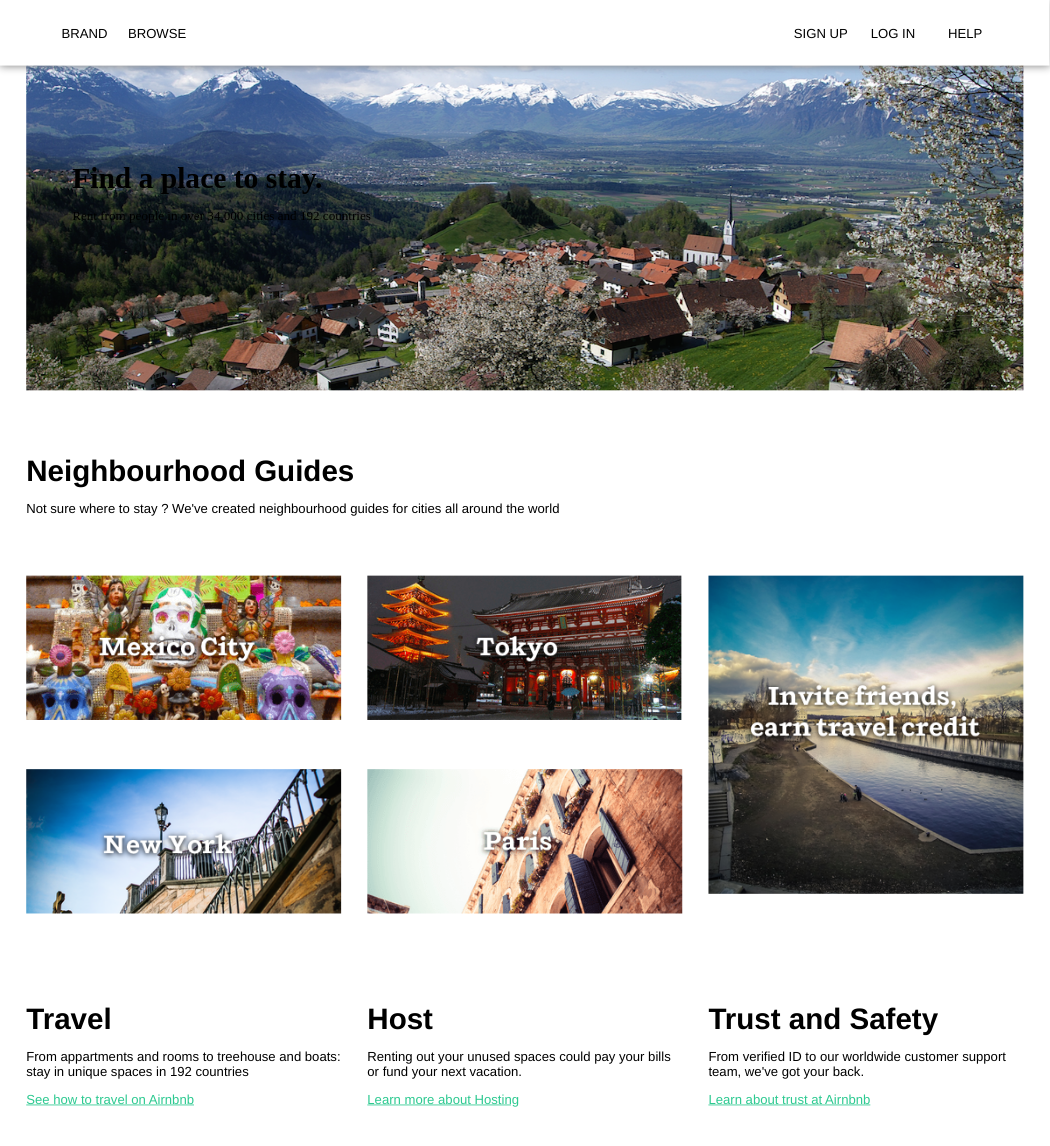
Repository: Naohonproject/web101x02-asm3
Page: Project3.html
The author's editor kept a copy of each file at every save. The page is drawn from the files as they stood at one save, then again after the next save.
The browser window is 1280 px wide. The pictures show the whole page, at 82% of full size.

Above is the page before, as saved 2022-01-22 16:01:18.

### Project3.html
<!-- @format -->

<!DOCTYPE html>
<html lang="en">
	<head>
		<meta charset="UTF-8" />
		<meta http-equiv="X-UA-Compatible" content="IE=edge" />
		<meta name="viewport" content="width=device-width, initial-scale=1.0" />
		<link rel="stylesheet" href="./assets/css/style.css" />

		<link rel="stylesheet" href="./assets/css/layout.css" />
		<link rel="stylesheet" href="./assets/css/responsive.css" />
		<title>Home</title>
	</head>
	<body id="web-container">
		<header id="header">
			<div class="header-wrapper">
				<div class="nav-bar">
					<div class="left-col">
						<div class="nav-item ml">
							<a href="#">Brand</a>
						</div>

						<div class="nav-item ml">
							<a href="#">Browse</a>
						</div>
					</div>

					<div class="right-col">
						<div class="nav-item ml">
							<a href="Signup.html" target="_blank">Sign Up</a>
						</div>

						<div class="nav-item ml">
							<a href="login.html" target="_blank">Log In</a>
						</div>

						<div class="nav-item ml mr">
							<a href="#" target="_blank">Help</a>
						</div>
					</div>
				</div>
			</div>
		</header>

		<div id="main" class="p-32">
			<div id="banner">
				<div class="banner-wrapper">
					<div class="content-heading">
						<h1 class="bold-text">Find a place to stay.</h1>
					</div>
					<div class="content-desc">
						<p>Rent from people in over 34,000 cities and 192 countries</p>
					</div>
				</div>
			</div>

			<div id="section">
				<div class="section-wrapper">
					<div class="section-heading">
						<h2 class="bold-text">Neighbourhood Guides</h2>
					</div>
					<div class="section-desc">
						<p>
							Not sure where to stay ? We've created neighbourhood guides for
							cities all around the world
						</p>
					</div>
				</div>
			</div>

			<div id="img-list">
				<div class="img-list-wrapper row">
					<div class="image-block col-tablet-6 col-desktop-4">
						<img
							class="first-img"
							src="./assets/img/web101x-Mexico City.png"
							alt="Mexico City"
							width="360"
						/>
						<img
							src="./assets/img/web101x-New York.png"
							alt="New York City"
							width="360"
						/>
					</div>
					<div class="image-block col-tablet-6 col-desktop-4">
						<img
							class="first-img"
							src="./assets/img/web101x-Tokyo.png"
							alt="Tokyo City"
							width="360"
						/>
						<img
							src="./assets/img/web101x-Paris.png"
							alt="Paris City"
							width="360"
						/>
					</div>
					<div class="image-block col-tablet-6 col-desktop-4">
						<img
							src="./assets/img/web101x-Invitation.png"
							alt="Invitation image"
							width="360"
						/>
					</div>
				</div>
				<div class="clear"></div>
			</div>
		</div>

		<footer id="footer" class="p-32">
			<div class="footer-wrapper row">
				<div class="footer-block col-desktop-4">
					<h3 class="bold-text">Travel</h3>
					<p>
						From appartments and rooms to treehouse and boats: stay in unique
						spaces in 192 countries
					</p>
					<a href="#">See how to travel on Airnbnb</a>
				</div>

				<div class="footer-block col-desktop-4">
					<h3 class="bold-text">Host</h3>
					<p>
						Renting out your unused spaces could pay your bills or fund your
						next vacation.
					</p>
					<a href="#">Learn more about Hosting</a>
				</div>

				<div class="footer-block col-desktop-4">
					<h3 class="bold-text">Trust and Safety</h3>
					<p>
						From verified ID to our worldwide customer support team, we've got
						your back.
					</p>
					<a href="#">Learn about trust at Airnbnb</a>
				</div>
				<div class="clear"></div>
			</div>
		</footer>
	</body>
</html>

### assets/css/style.css
/**
 * /* ======reset css======
 *
 * @format
 */

*,
::before,
::after {
	padding: 0;
	margin: 0;
	box-sizing: border-box;
	list-style-type: none;
	text-decoration: none;
	color: #000;
}

html {
	font-family: "Helvetica Neue", Helvetica, Arial;
}

.header-wrapper {
	font-size: 16px;
}

.nav-bar a {
	color: #fff;
	text-transform: uppercase;
}

### assets/css/layout.css
/** @format */

.ml {
	margin-left: 10px;
}

.mr {
	margin-right: 10px;
}

.row {
	display: flex;
	flex-direction: row;
	flex-wrap: wrap;
}

.bold-text {
	font-size: 36px;
	font-weight: bold;
}

.row > * {
	width: 100%;
	max-width: 100%;
	flex-shrink: 0;
}

.col-1 {
	width: 8.33%;
}
.col-2 {
	width: 16.66%;
}
.col-3 {
	width: 25%;
}
.col-4 {
	width: 33.33%;
}
.col-5 {
	width: 41.66%;
}
.col-6 {
	width: 50%;
}
.col-7 {
	width: 58.33%;
}
.col-8 {
	width: 66.66%;
}
.col-9 {
	width: 75%;
}
.col-10 {
	width: 83.33%;
}
.col-11 {
	width: 91.66%;
}
.col-12 {
	width: 100%;
}

#header {
	width: 100%;
	height: 80px;
	background-color: #60646d;
	background-clip: border-box;
	position: fixed;
	left: 0;
	top: 0;
	z-index: 1;
}

.nav-bar {
	display: flex;
	flex-direction: row;
	flex-wrap: no-wrap;
	align-items: center;
	justify-content: space-evenly;
	padding: 0 20px;
}

.nav-item {
	width: 70px;
	height: 80px;
	padding: 32px 0;
	text-align: center;
}

.left-col {
	display: flex;
	flex: 2;
	flex-direction: row;
	justify-content: space-around;
	align-items: center;
}

.right-col {
	display: flex;
	flex: 3;
	flex-direction: row;
	justify-content: space-around;
	align-items: center;
}

#main {
	margin-top: 80px;
}

#main,
#footer {
	padding: 32px;
}

#banner {
	width: 100%;
	background-color: #fff;
	color: #000;
	position: relative;
	top: 0;
	left: 0;
}

div[class*="-heading"] {
	padding-top: 36px;
}

div[class*="-desc"] {
	margin-top: 16px;
}

#section {
	margin-top: 42px;
}

#img-list {
	width: 100%;
}

.img-list-wrapper {
	padding: 24px 0;
	margin: 0 auto;
}

#img-list img {
	width: 100%;
	margin-top: 56px;
}

.footer-block {
	padding: 24px 0;
}

.footer-block > * {
	padding: 16px 0;
}

#footer a {
	color: #2cc990;
	text-decoration: underline;
}

### assets/css/responsive.css


/* ========responsive for tablet */

@media screen and (min-width: 768px) {
	#header {
		background-color: #60646d;
	}

	.nav-bar {
		padding: 0 28px;
	}

	.left-col {
		justify-content: flex-start;
	}

	.right-col {
		justify-content: flex-end;
	}

	.ml {
		margin-left: 14px;
	}

	.mr {
		margin-right: 14px;
	}

	.img-list-wrapper {
		margin: 0 -24px;
	}

	.col-tablet-1 {
		width: 8.33%;
	}
	.col-tablet-2 {
		width: 16.66%;
	}
	.col-tablet-3 {
		width: 25%;
	}
	.col-tablet-4 {
		width: 33.33%;
	}
	.col-tablet-5 {
		width: 41.66%;
	}
	.col-tablet-6 {
		width: 50%;
		padding: 0 24px;
	}
	.col-tablet-7 {
		width: 58.33%;
	}
	.col-tablet-8 {
		width: 66.66%;
	}
	.col-tablet-9 {
		width: 75%;
	}
	.col-tablet-10 {
		width: 83.33%;
	}
	.col-tablet-11 {
		width: 91.66%;
	}
	.col-tablet-12 {
		width: 100%;
	}

	#footer p {
		padding-top: 0;
	}

	#main {
		padding-bottom: 0;
	}

	#footer {
		padding-top: 0;
	}

	.footer-block {
		margin-top: 32px;
	}

	#banner {
		border-bottom: 1px solid #d4d4d4;
	}

	div[class*="-desc"] {
		padding-bottom: 32px;
	}

	#img-list {
		margin-top: -56px;
	}
}

/* ========responsive for desktop */

@media screen and (min-width: 992px) {
	#header {
		background-color: #fff;
		box-shadow: 0 0 10px gray;
	}

	.nav-bar {
		padding: 0 50px;
	}

	.left-col {
		justify-content: flex-start;
	}

	.right-col {
		justify-content: flex-end;
	}

	.ml {
		margin-left: 18px;
	}

	.mr {
		margin-right: 18px;
	}

	.nav-bar a {
		color: #000;
	}
	.row {
		margin: 0 -16px;
	}

	.col-desktop-1 {
		width: 8.33%;
	}
	.col-desktop-2 {
		width: 16.66%;
	}
	.col-desktop-3 {
		width: 25%;
	}
	.col-desktop-4 {
		width: 33.33%;
		padding: 16px;
	}
	.col-desktop-5 {
		width: 41.66%;
	}
	.col-desktop-6 {
		width: 50%;
	}
	.col-desktop-7 {
		width: 58.33%;
	}
	.col-desktop-8 {
		width: 66.66%;
	}
	.col-desktop-9 {
		width: 75%;
	}
	.col-desktop-10 {
		width: 83.33%;
	}
	.col-desktop-11 {
		width: 91.66%;
	}
	.col-desktop-12 {
		width: 100%;
	}

	#main {
		margin-top: -32px;
	}

	#banner {
		padding-top: 39.123607%;
		background: url(../img/banner/banner.png) top center / cover no-repeat;
		background-origin: border-box;
		border: none;
	}

	.banner-wrapper {
		position: absolute;
		top: 160px;
		left: 56px;
	}

	#banner > * {
		font-family: "Times New Roman", Times, serif;
	}

After the next save:
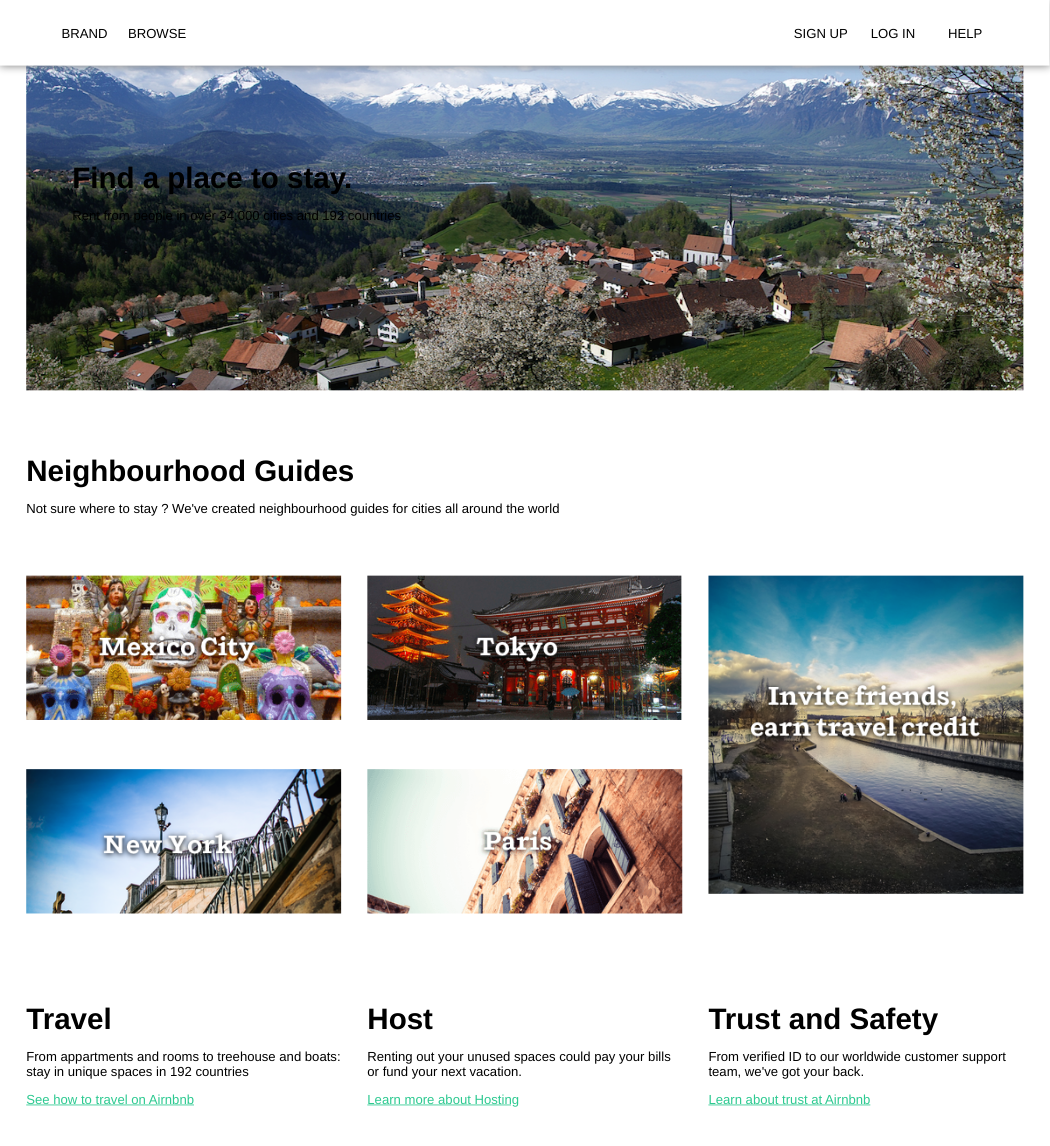
Saved 41 s later.
--- a/assets/css/responsive.css
+++ b/assets/css/responsive.css
@@ -187,7 +187,3 @@
 		top: 160px;
 		left: 56px;
 	}
-
-	#banner > * {
-		font-family: "Times New Roman", Times, serif;
-	}

After the save that followed:
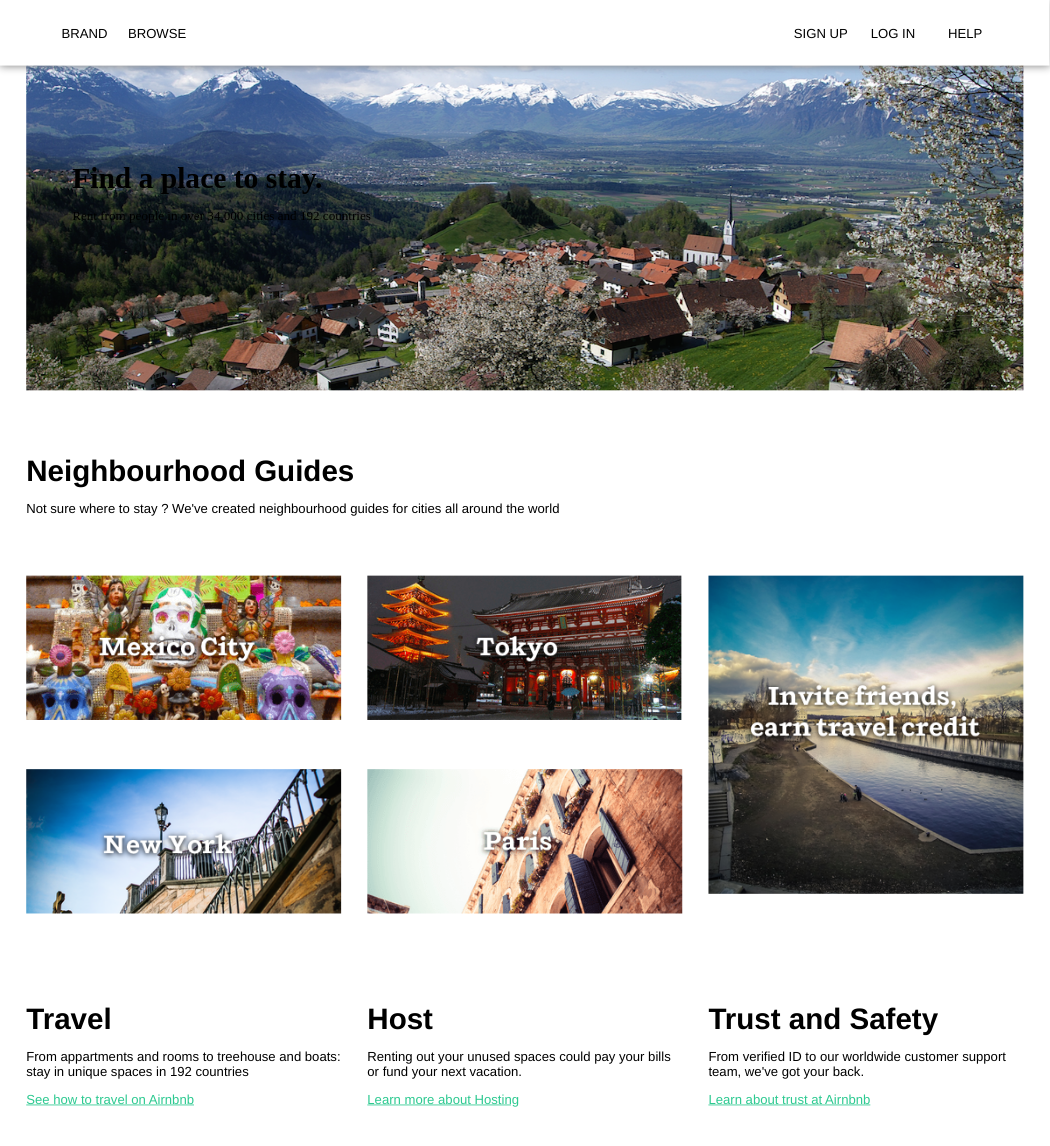
Saved 23 s later.
--- a/assets/css/responsive.css
+++ b/assets/css/responsive.css
@@ -187,3 +187,7 @@
 		top: 160px;
 		left: 56px;
 	}
+
+	#banner > * {
+		font-family: 'Times New Roman', Times, serif;
+	}
